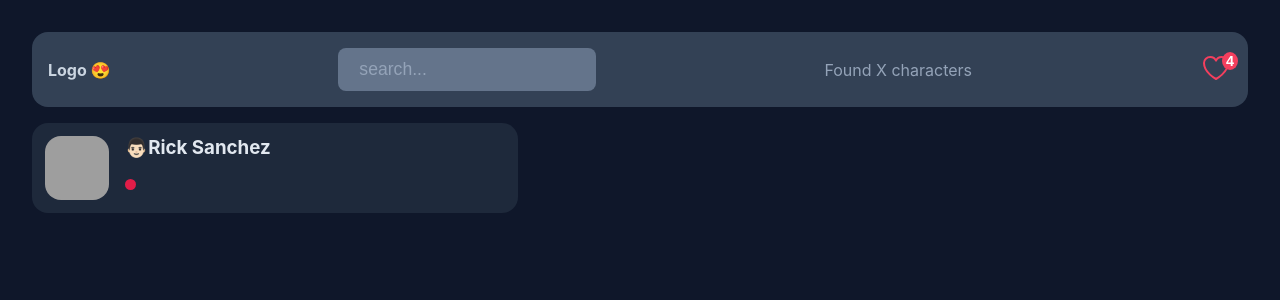
Repository: nikooshahbazi/shahbaziProjects
Page: / (app in splitUIProject/)
The author's editor kept a copy of each file at every save. The page is drawn from the files as they stood at one save, then again after a run of saves.
The browser window is 1280 px wide. The pictures show the whole page.
Pictures or frames that could not be fetched are drawn as grey boxes. The project was rebuilt for these pictures with package versions that can differ from the ones it lists, and the page was loaded fresh each time. Also part of the build but not shown: splitUIProject/vite.config.js.

Above is the page before, as saved 2024-03-13 19:35:56.

### splitUIProject/index.html
<!doctype html>
<html lang="en">
  <head>
    <meta charset="UTF-8" />
    <!-- <link rel="icon" type="image/svg+xml" href="/vite.svg" /> -->
    <meta name="viewport" content="width=device-width, initial-scale=1.0" />
    <title>Rick and Morty</title>
  </head>
  <body>
    <div id="root"></div>
    <script type="module" src="/src/main.jsx"></script>
  </body>
</html>

### splitUIProject/src/App.jsx
import "./App.css";
import CharacterDetail from "./components/CharacterDetail";
import CharacterList from "./components/CharacterList";
import Navbar from "./components/Navbar";
import { character } from "./data/data";

function App() {
  return (
    <div className="app">
      <Navbar />
      <div className="main">
        <CharacterList characters={character} />
        <CharacterDetail />
      </div>
    </div>
  );
}

export default App;

### splitUIProject/src/index.css
:root {
  font-family: Inter, system-ui, Avenir, Helvetica, Arial, sans-serif;
  --slate-900: #0f172a;
  --slate-800: #1e293b;
  --slate-700: #334155;
  --slate-600: #475569;
  --slate-500: rgb(100, 116, 139);
  --slate-400: #94a3b8;
  --slate-300: #cbd5e1;
  --slate-200: #e2e8f0;
  --slate-100: #f1f5f9;
  --slate-50: #f8fafc;
  --rose-600: #e11d48;
  --rose-500: #f43f5e;
  --green-600: #22c55e;
}

body {
  width: 100vw;
  min-height: 100vh;
  background-color: var(--slate-900);
}
button {
  background-color: transparent;
  cursor: pointer;
}

* {
  padding: 0;
  margin: 0;
  box-sizing: border-box;
  list-style: none;
  border: none;
  outline: none;
}
.text-field {
  padding: 0.7rem 1rem;
  border-radius: 0.5rem;
  color: var(--slate-100);
  background-color: var(--slate-500);
  font-size: 1.1rem;
}

.text-field::placeholder {
  color: var(--slate-400);
}

.btn {
  padding: 0.8rem 1rem;
  border-radius: 1rem;
}

.btn--primary {
  background-color: var(--slate-500);
  color: var(--slate-100);
  font-weight: 700;
}

.btn--secondary {
  border: 1px solid var(--slate-100);
  color: var(--slate-100);
  font-weight: 700;
}

.badge {
  white-space: nowrap;
  padding: 0.3rem 1rem;
  border-radius: 1rem;
  font-size: 0.8rem;
  font-weight: 700;
}

.badge--secondary {
  background-color: var(--slate-600);
}

.modal {
  width: 98%;
  min-height: 250px;
  position: absolute;
  top: 50%;
  left: 50%;
  transform: translate(-50%, -50%);
  background-color: var(--slate-900);
  padding: 1rem;
  border-radius: 1rem;
  box-shadow: 1px 1px 50px var(--slate-600);
}

.modal__header {
  display: flex;
  align-items: center;
  justify-content: space-between;
  margin-bottom: 1rem;
  padding-bottom: 0.5rem;
  border-bottom: 1px solid var(--slate-600);
}

.icon {
  width: 1.6rem;
  height: 1.6rem;
}

.modal__header .close {
  color: var(--rose-500);
}

.modal__header .title {
  color: var(--slate-200);
}

@media (min-width: 768px) {
  .modal {
    max-width: 30rem;
  }
}

.backdrop {
  width: 100vw;
  height: 100vh;
  position: fixed;
  inset: 0;
  background-color: rgba(63, 69, 76, 0.8);
}

### splitUIProject/src/App.css
#root {
  margin: 0 auto;
  max-width: 1280px;
  position: relative;
  padding: 2rem;
}

.navbar {
  display: flex;
  align-items: center;
  justify-content: space-between;
  background-color: var(--slate-700);
  padding: 1rem;
  border-radius: 1rem;
  margin-bottom: 1rem;
}

.navbar__logo {
  color: var(--slate-300);
  font-weight: 700;
}

.navbar__result {
  color: var(--slate-400);
}

.navbar .heart {
  position: relative;
  color: var(--rose-500);
}
.navbar .heart .icon {
  width: 2rem;
  height: 2rem;
}
.navbar .heart .badge {
  font-size: 0.9rem;
  position: absolute;
  top: 0;
  right: -6px;
  display: inline-block;
  background-color: var(--rose-500);
  color: #fff;
  border-radius: 50%;
  display: flex;
  align-items: center;
  justify-content: center;
  padding: 1px 4px;
}

.main {
  display: flex;
  justify-content: space-between;
  width: 100%;
  gap: 2rem;
}

.characters-list {
  width: 40%;
}

.box h2 {
  color: var(--slate-400);
  font-size: 1.2rem;
  margin-bottom: 1rem;
}
.list__item:not(:last-child) {
  margin-bottom: 1.5rem;
}

.list__item {
  display: grid;
  column-gap: 1rem;
  grid-template-columns: 4rem 1fr 2rem;
  grid-template-rows: 1fr 1fr;
  background-color: var(--slate-800);
  border-radius: 1rem;
  padding: 0.8rem;
  cursor: pointer;
  transition: all 0.2s ease-out;
}
.list__item:hover {
  background-color: var(--slate-700);
}

.list__item img {
  grid-column: 1/3;
  grid-row: 1/3;
  width: 4rem;
  height: 4rem;
  border-radius: 1rem;
}
.list__item h3 {
  grid-column: 2/3;
  grid-row: 1/2;
}

.list__item .list-item__info {
  grid-column: 2/3;
  grid-row: 2/3;
  align-self: center;
}

.list__item .icon {
  grid-column: 3/4;
  grid-row: 1/3;
  align-self: center;
}

.icon.red {
  color: var(--rose-500);
}

.name,
.info {
  color: var(--slate-200);
}

.status {
  display: inline-block;
  width: 0.7rem;
  height: 0.7rem;
  border-radius: 50%;
  background-color: var(--green-600);
}

.status.red {
  background-color: var(--rose-600);
}

.character-detail {
  display: flex;
  flex-direction: column;
  background-color: var(--slate-800);
  overflow: hidden;
  border-radius: 0.5rem;
  margin-bottom: 2rem;
}

.character-detail__img {
  width: 100%;
  height: auto;
  max-height: 15rem;
  object-fit: cover;
  object-position: center;
}

.character-detail__info {
  padding: 1rem;
}
.character-detail__info .name {
  font-size: 1.3rem;
  margin-bottom: 0.2rem;
}
.character-detail__info .info {
  font-size: 0.9rem;
  margin-bottom: 1rem;
}

.character-detail__info .location {
  color: var(--slate-500);
  margin-bottom: 1rem;
}

.character-detail__info .location :last-child {
  margin-top: 0.2rem;
  color: var(--slate-300);
  font-weight: 700;
}

.character-detail__info .actions {
  display: flex;
  flex-direction: column;
  gap: 1rem;
}

.character-detail__info .actions p {
  color: var(--slate-400);
}

/* character episodes */

.character-episodes {
  /* border: 1px solid var(--slate-300); */
  background-color: var(--slate-800);
  border-radius: 1rem;
  padding: 1rem;
}

.character-episodes .title {
  display: flex;
  align-items: center;
  justify-content: space-between;
}

.character-episodes .title .icon {
  transition: all 0.3s ease-in-out;
  color: var(--slate-300);
  display: flex;
  align-items: center;
  justify-content: center;
}

.character-episodes h2 {
  color: var(--slate-400);
  margin-bottom: 0.6rem;
}

.character-episodes li {
  display: flex;
  align-items: center;
  justify-content: space-between;
  color: var(--slate-200);
  padding: 0.5rem 0;
  /* cursor: pointer; */
}

@media (min-width: 768px) {
  .character-detail {
    flex-direction: row;
  }
  .character-detail__img {
    width: 40%;
  }
  .character-detail__info .actions {
    flex-direction: row;
  }
}

### splitUIProject/src/components/CharacterDetail.jsx

function CharacterDetail() {
  return (
    <div>

    </div>
  )
}

export default CharacterDetail

### splitUIProject/src/components/CharacterList.jsx
function CharacterList({ characters }) {
  // console.log(Object.keys(characters));
  return (
    <div className="characters-list">
      {characters.map((item) => (
        <Character key={item.id} item={item} />
      ))}
    </div>
  );
}

export default CharacterList;

function Character({ item }) {
  return (
    <div className="list__item">
      <img src={item.image} alt={item.image} />
      <h3 className="name">
        <span>{item.gender === "Male" ? "👨🏻" : "👩🏻"}</span>
        <span>{item.name}</span>
      </h3>
      <div className="list-item__info">
        <span
          className={`status ${item.status === "Dead" ? "red" : ""}`}
        ></span>
        <span className=""></span>
      </div>
    </div>
  );
}

### splitUIProject/src/components/Navbar.jsx
import { HeartIcon } from "@heroicons/react/24/outline";

function Navbar() {


  return (
    <nav className="navbar">
      <div className="navbar__logo">Logo 😍</div>
      <input
        className="text-field"
        type="text"
        placeholder=" search..."
      ></input>
      <div className="navbar__result">Found X characters</div>
      <button className="heart">
        <HeartIcon className="icon"/>
        <span className="badge">4</span>
      </button>
    </nav>
  );
}
export default Navbar;

### splitUIProject/src/data/data.js
export const character = [
  {
    id: 1,
    name: "Rick Sanchez",
    status: "Dead",
    species: "Human",
    type: "",
    gender: "Male",
    origin: {
      name: "Earth (C-137)",
      url: "https://rickandmortyapi.com/api/location/1",
    },
    location: {
      name: "Citadel of Ricks",
      url: "https://rickandmortyapi.com/api/location/3",
    },
    image: "https://rickandmortyapi.com/api/character/avatar/1.jpeg",
    created: "2017-11-04T18:48:46.250Z",
  },
];
export const allCharacters = [
  {
    id: 1,
    name: "Rick Sanchez",
    status: "Dead",
    species: "Human",
    type: "",
    gender: "Male",
    origin: {
      name: "Earth (C-137)",
      url: "https://rickandmortyapi.com/api/location/1",
    },
    location: {
      name: "Citadel of Ricks",
      url: "https://rickandmortyapi.com/api/location/3",
    },
    image: "https://rickandmortyapi.com/api/character/avatar/1.jpeg",
    created: "2017-11-04T18:48:46.250Z",
  },
  {
    id: 2,
    name: "Summer Smith",
    status: "Alive",
    species: "Human",
    type: "",
    gender: "Female",
    origin: {
      name: "Earth (Replacement Dimension)",
      url: "https://rickandmortyapi.com/api/location/20",
    },
    location: {
      name: "Earth (Replacement Dimension)",
      url: "https://rickandmortyapi.com/api/location/20",
    },
    image: "https://rickandmortyapi.com/api/character/avatar/3.jpeg",
    created: "2017-11-04T19:09:56.428Z",
  },
];

export const episodes = [
  {
    id: 1,
    name: "Pilot",
    air_date: "December 2, 2013",
    episode: "S01E01",
    characters: [],
    url: "https://rickandmortyapi.com/api/episode/1",
    created: "2017-11-10T12:56:33.798Z",
  },
  {
    id: 2,
    name: "Lawnmower Dog",
    air_date: "December 9, 2013",
    episode: "S01E02",
    url: "https://rickandmortyapi.com/api/episode/2",
    created: "2017-11-10T12:56:33.916Z",
  },
];

Loaded but not shown: splitUIProject/src/main.jsx (common file)

After the next 3 saves:
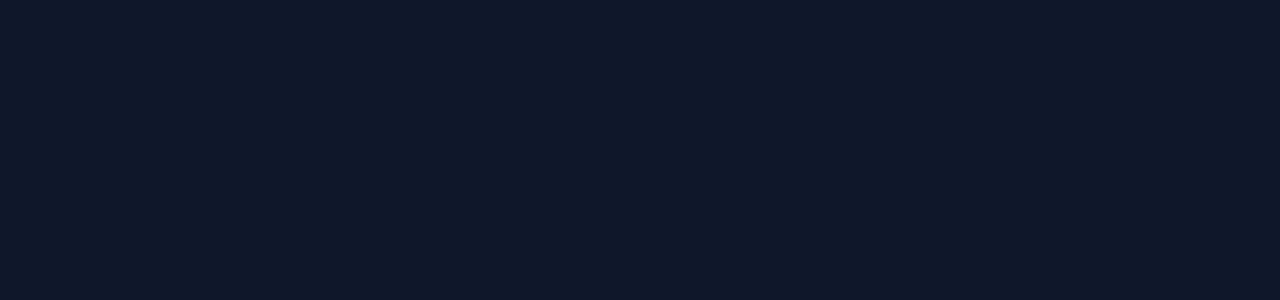
Console error: ReferenceError: i is not defined
The 3 saves are shown as one change because they came seconds apart.
The last was saved 7 s later.
--- a/splitUIProject/src/components/CharacterList.jsx
+++ b/splitUIProject/src/components/CharacterList.jsx
@@ -23,7 +23,7 @@
         <span
           className={`status ${item.status === "Dead" ? "red" : ""}`}
         ></span>
-        <span className=""></span>
+        <span>{i}</span>
       </div>
     </div>
   );

After the save that followed:
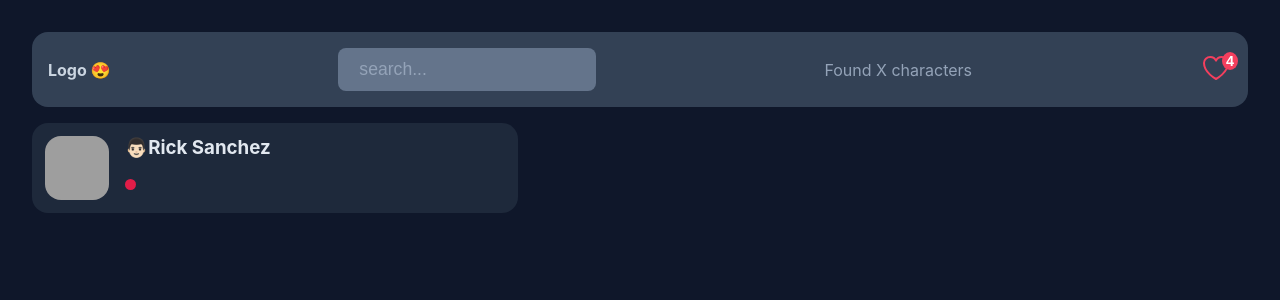
The error is gone.
Saved 5 s later.
--- a/splitUIProject/src/components/CharacterList.jsx
+++ b/splitUIProject/src/components/CharacterList.jsx
@@ -23,7 +23,7 @@
         <span
           className={`status ${item.status === "Dead" ? "red" : ""}`}
         ></span>
-        <span>{i}</span>
+        <span></span>
       </div>
     </div>
   );
